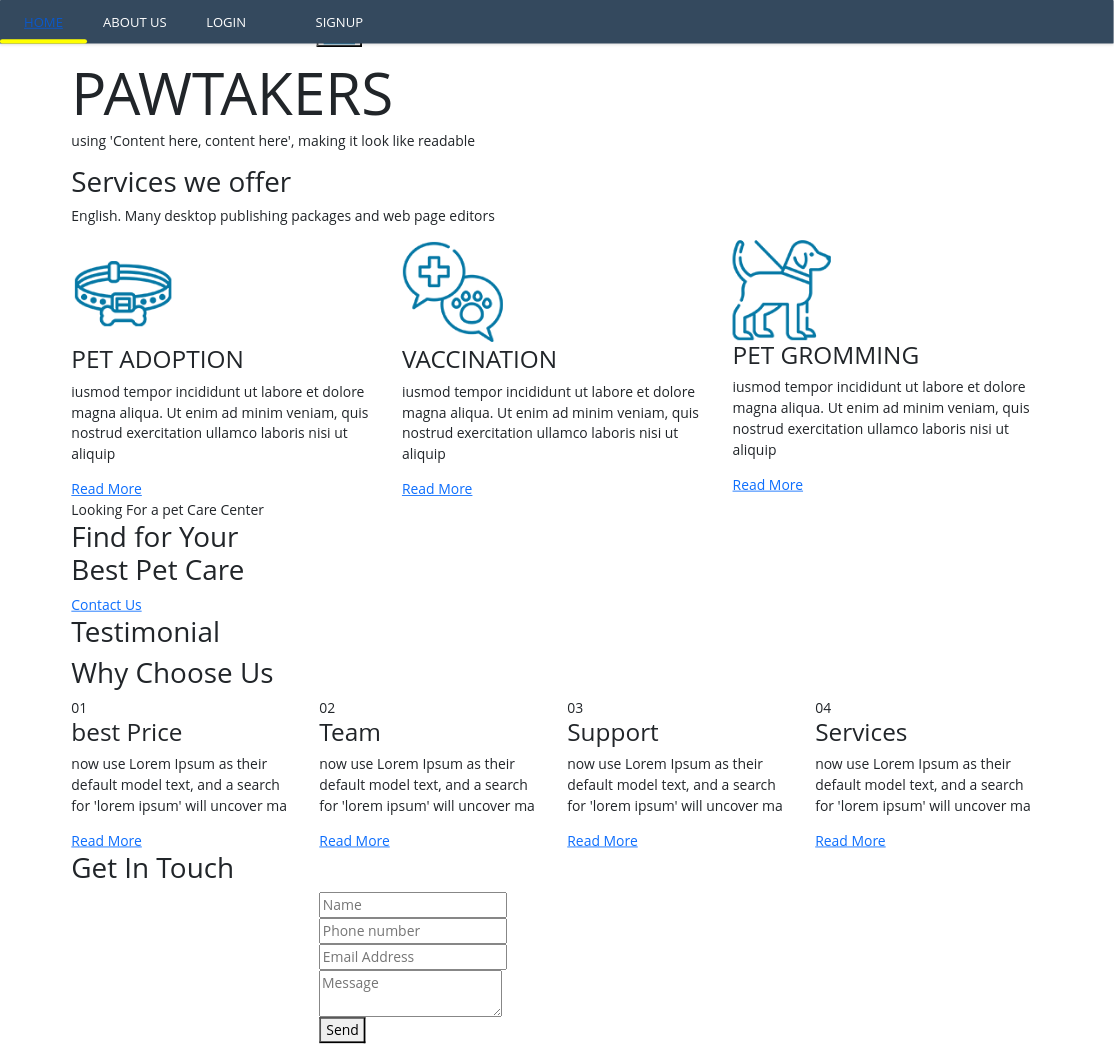
Repository: Chitti-g-k/Paw-Takers
Page: templates/index.html
These files come from the project's save history. The page is drawn as it stood at one moment and after the next save; the edit follows.
The browser window is 1280 px wide. The pictures show the whole page, at 87% of full size.
The template is drawn by Django 4.2. The application's start-up code is not run. The template is opened directly, without the code that normally fills it, so the values that code supplies are empty.

Above is the page before, as saved 2023-07-16 13:08:56.

After the next save:
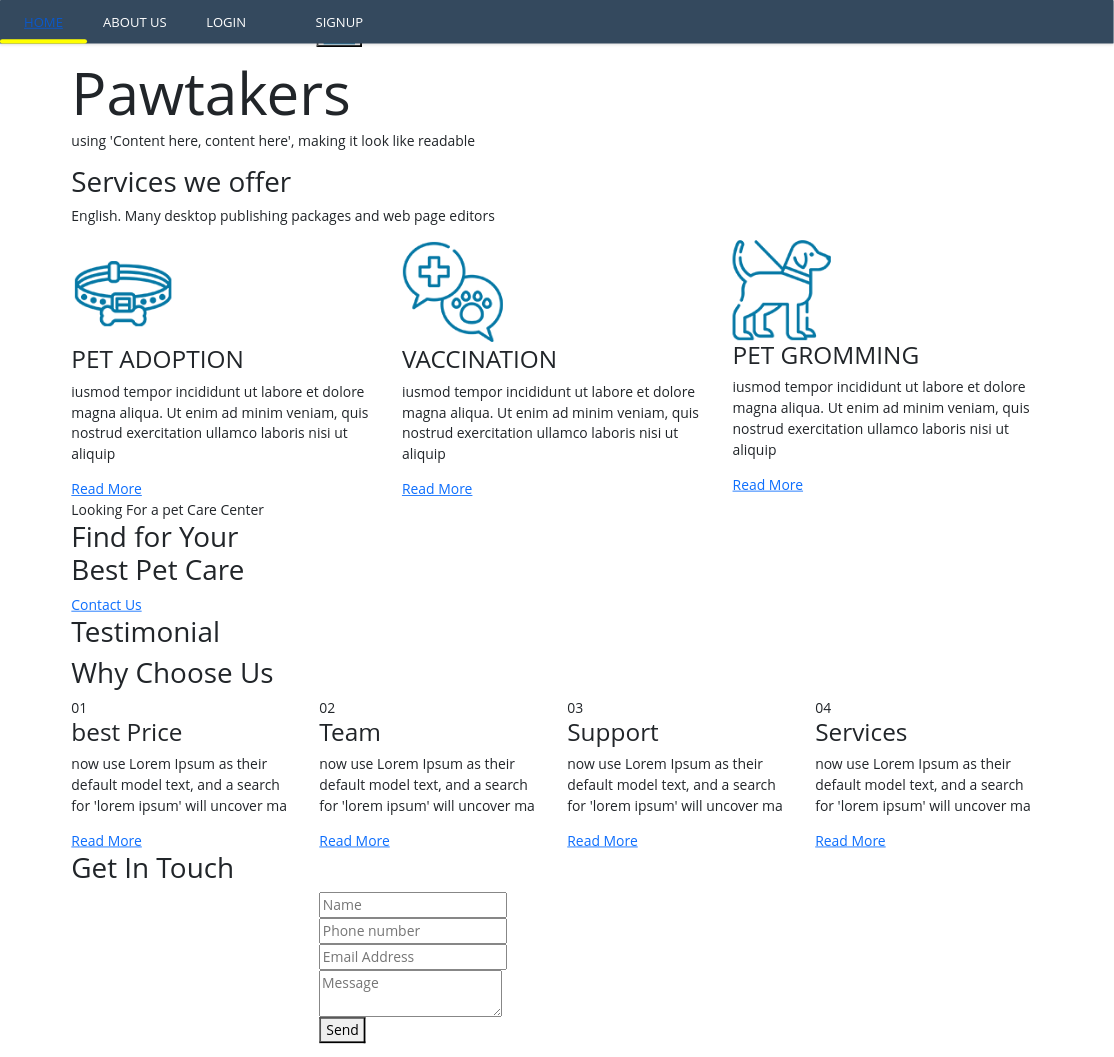
Saved 14 s later.
--- a/templates/index.html
+++ b/templates/index.html
@@ -144,7 +144,7 @@
                 <div class="col-md-12">
                     <div class=" banner_main">
                         <div class="bluid">
-                            <h1>PAWTAKERS </h1>
+                            <h1>Pawtakers </h1>
                             <p>using 'Content here, content here', making it look like readable</p>
                         </div>
                     </div>
